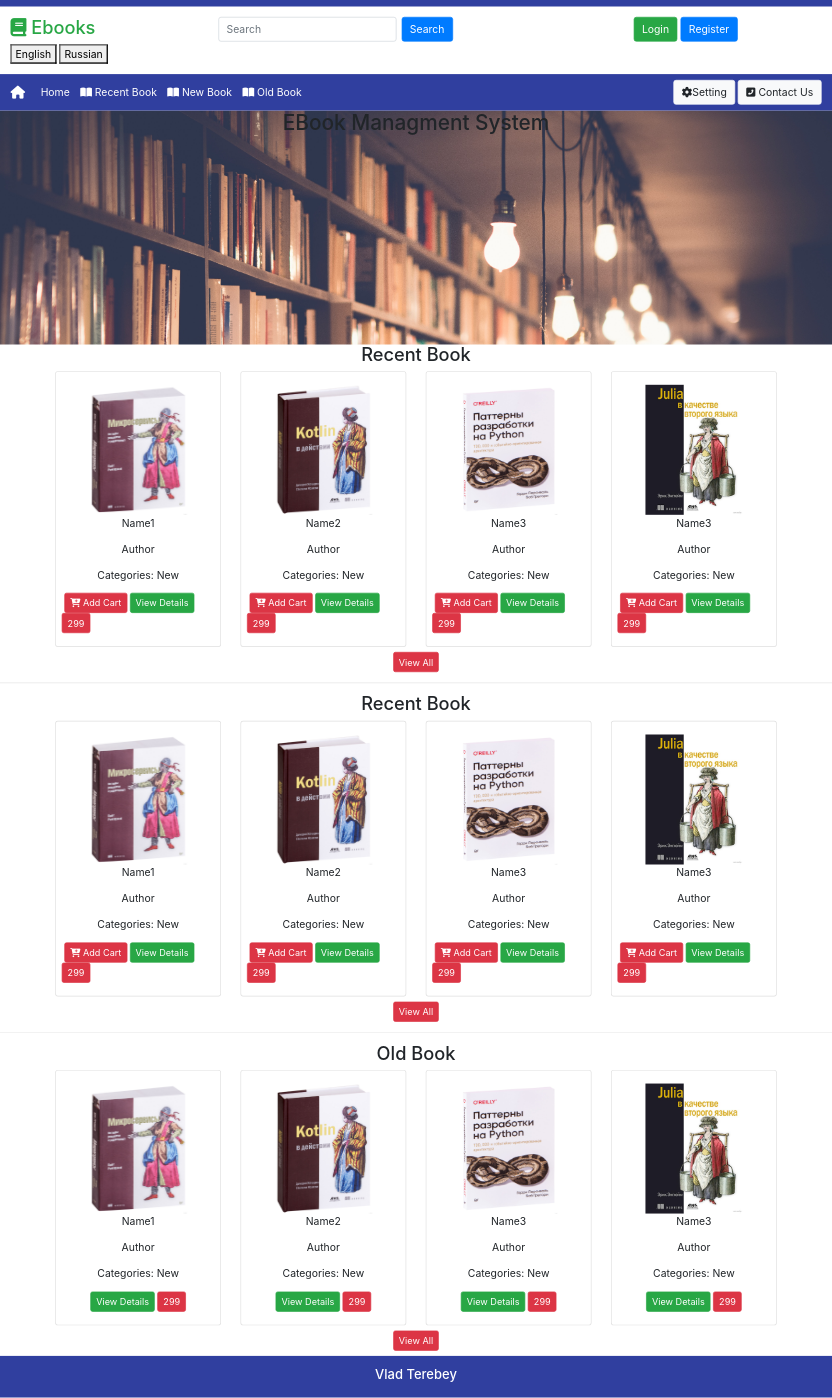
Repository: vladterebey/Web-Technologies
Page: http://localhost/Ebook-App/
An editor plug-in stored every save of this project. The page is shown before and after the next save, followed by the edit.
The browser window is 1280 px wide. The pictures show the whole page, at 65% of full size.
Some web libraries are served in a nearby version. The page is served by Tomcat 10.

Above is the page before, as saved 2023-11-20 09:03:51.

After the next save:
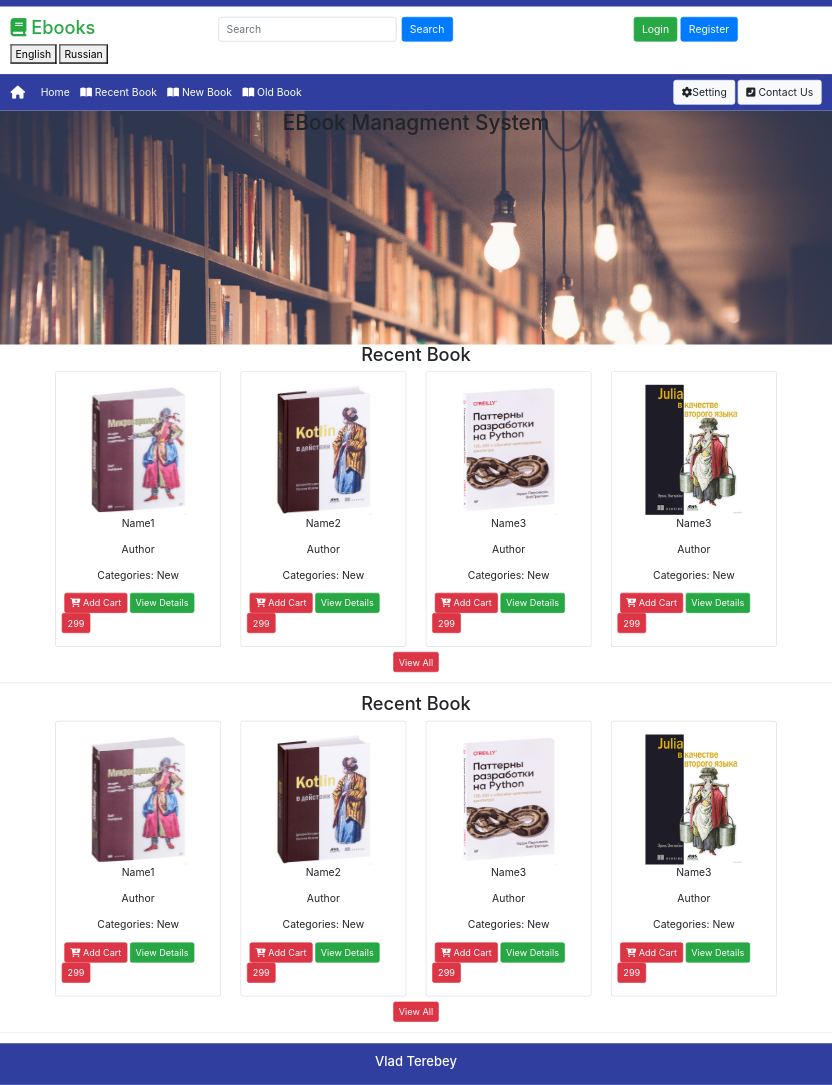
Saved 18 s later.
--- a/Ebook-App/src/main/webapp/index.jsp
+++ b/Ebook-App/src/main/webapp/index.jsp
@@ -192,80 +192,6 @@
 
 		<hr>
 
-		<!-- Start Old Book -->
-		<div class="container">
-			<h3 class="text-center">Old Book</h3>
-			<div class="row">
-				<div class="col-md-3">
-					<div class="card crd-ho">
-						<div class="card-body text-center">
-							<img alt="" src="book/book1.jpg"
-								style="width: 150px; height: 200px;" class="img-thumblin">
-							<p>Name1</p>
-							<p>Author</p>
-							<p>Categories: New</p>
-							<div class="row">
-								<!-- <a href="" class="btn btn-danger btn-sm ml-2">Add Cart</a> -->
-								<a href="" class="btn btn-success btn-sm ml-5">View Details</a>
-								<a href="" class="btn btn-danger btn-sm ml-1">299</a>
-							</div>
-						</div>
-					</div>
-				</div>
-				<div class="col-md-3">
-					<div class="card crd-ho">
-						<div class="card-body text-center">
-							<img alt="" src="book/book2.jpg"
-								style="width: 150px; height: 200px;" class="img-thumblin">
-							<p>Name2</p>
-							<p>Author</p>
-							<p>Categories: New</p>
-							<div class="row">
-								<!-- <a href="" class="btn btn-danger btn-sm ml-2">Add Cart</a>  -->
-								<a href="" class="btn btn-success btn-sm ml-5">View Details</a>
-								<a href="" class="btn btn-danger btn-sm ml-1">299</a>
-							</div>
-						</div>
-					</div>
-				</div>
-				<div class="col-md-3">
-					<div class="card crd-ho">
-						<div class="card-body text-center">
-							<img alt="" src="book/book3.jpg"
-								style="width: 150px; height: 200px;" class="img-thumblin">
-							<p>Name3</p>
-							<p>Author</p>
-							<p>Categories: New</p>
-							<div class="row">
-								<!-- <a href="" class="btn btn-danger btn-sm ml-2">Add Cart</a> -->
-								<a href="" class="btn btn-success btn-sm ml-5">View Details</a>
-								<a href="" class="btn btn-danger btn-sm ml-1">299</a>
-							</div>
-						</div>
-					</div>
-				</div>
-				<div class="col-md-3">
-					<div class="card crd-ho">
-						<div class="card-body text-center">
-							<img alt="" src="book/book4.jpg"
-								style="width: 150px; height: 200px;" class="img-thumblin">
-							<p>Name3</p>
-							<p>Author</p>
-							<p>Categories: New</p>
-							<div class="row">
-								<!-- <a href="" class="btn btn-danger btn-sm ml-2">Add Cart</a> -->
-								<a href="" class="btn btn-success btn-sm ml-5">View Details</a>
-								<a href="" class="btn btn-danger btn-sm ml-1">299</a>
-							</div>
-						</div>
-					</div>
-				</div>
-			</div>
-			<div class="text-center mt-2">
-				<a href="" class="btn btn-danger btn-sm text-white">View All</a>
-			</div>
-		</div>
-		<!-- End Old Book  -->
 	</div>
 	<jsp:include page="all_component/footer_main.jsp"/>
 	<jsp:include page="all_component/script.jsp"/>
